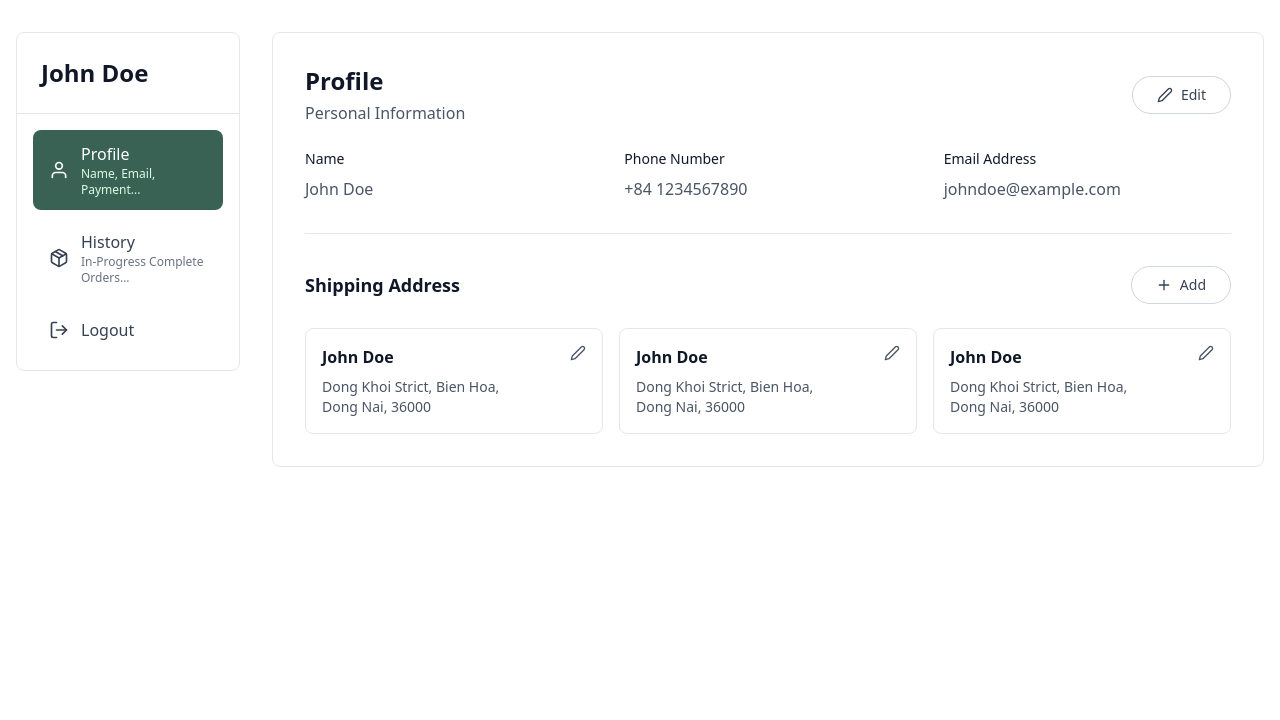
Repository: lyns184/FE-shoes_web
Page: /profile
These files come from the project's save history. The page is drawn as it stood at one moment and after a run of saves; the edit follows.
The browser window is 1280 px wide. The pictures show the whole page.
Pictures or frames that could not be fetched are drawn as grey boxes. The project was rebuilt for these pictures with package versions that can differ from the ones it lists, and the page was loaded fresh each time. Also part of the build but not shown: vite.config.ts, src/pages/Home/HeroCarousel.tsx, src/components/card/ProductCard.tsx, src/components/card/BrandCard.tsx, src/components/card/ReleaseCard.tsx, src/components/card/InfoCard.tsx, src/components/common/SectionHeader.tsx, src/pages/Home.tsx and 11 more.

Above is the page before, as saved 2026-01-01 23:08:48.

### index.html
<!doctype html>
<html lang="en">
  <head>
    <meta charset="UTF-8" />
    <link rel="icon" type="image/svg+xml" href="/vite.svg" />
    <meta name="viewport" content="width=device-width, initial-scale=1.0" />
    <title>shoes_web</title>
  </head>
  <body>
    <div id="root"></div>
    <script type="module" src="/src/main.tsx"></script>
  </body>
</html>

### src/index.css
@import "tailwindcss";

/* NProgress custom styling */
#nprogress .bar {
  background: #396254 !important;
  height: 3px !important;
}

#nprogress .peg {
  box-shadow: 0 0 10px #396254, 0 0 5px #396254 !important;
}

### src/App.tsx
import { useEffect } from 'react'
import { BrowserRouter, Routes, Route, useLocation } from 'react-router-dom'
import { routes } from './router'
import { CartProvider } from './hooks/useCart'
import NProgress from 'nprogress'
import 'nprogress/nprogress.css'
import './App.css'

// Configure NProgress
NProgress.configure({
  showSpinner: false,
  speed: 400,
  minimum: 0.2
});

function ScrollToTop() {
  const { pathname } = useLocation();

  useEffect(() => {
    // Start progress bar
    NProgress.start();

    // Scroll to top
    window.scrollTo(0, 0);

    // Complete progress bar after a short delay
    const timer = setTimeout(() => {
      NProgress.done();
    }, 300);

    return () => {
      clearTimeout(timer);
      NProgress.done();
    };
  }, [pathname]);

  return null;
}

function App() {
  return (
    <CartProvider>
      <BrowserRouter>
        <ScrollToTop />
        <Routes>
          {routes.map((route, index) => (
            <Route key={index} path={route.path} element={route.element} />
          ))}
        </Routes>
      </BrowserRouter>
    </CartProvider>
  )
}

export default App

### src/router/index.tsx
import type { RouteObject } from 'react-router-dom';
import Home from '../pages/Home';
import SignUp from '../pages/SignUp';
import ProductDetail from '../pages/ProductDetail';
import Cart from '../pages/Cart';
import Checkout from '../pages/Checkout';
import Search from '../pages/Search';
import Profile from '../pages/Profile';
import NotFound from '../pages/NotFound';

export const routes: RouteObject[] = [
  {
    path: '/',
    element: <Home />,
  },
  {
    path: '/login',
    element: <SignUp />,
  },
  {
    path: '/product/:id',
    element: <ProductDetail />,
  },
  {
    path: '/cart',
    element: <Cart />,
  },
  {
    path: '/checkout',
    element: <Checkout />,
  },
  {
    path: '/search',
    element: <Search />,
  },
  {
    path: '/profile',
    element: <Profile />,
  },
  {
    path: '*',
    element: <NotFound />,
  },
];

### src/hooks/useCart.tsx
import { createContext, useContext, useState, type ReactNode } from 'react';

export interface CartItem {
  id: number;
  name: string;
  description: string;
  size: string;
  quantity: number;
  price: number;
  imageUrl: string;
}

interface CartContextType {
  items: CartItem[];
  addToCart: (item: Omit<CartItem, 'quantity'>) => void;
  removeFromCart: (id: number, size: string) => void;
  updateQuantity: (id: number, size: string, change: number) => void;
  clearCart: () => void;
  totalItems: number;
  subtotal: number;
  buyNowItem: CartItem | null;
  setBuyNowItem: (item: CartItem | null) => void;
}

const CartContext = createContext<CartContextType | undefined>(undefined);

export function CartProvider({ children }: { children: ReactNode }) {
  const [items, setItems] = useState<CartItem[]>([]);
  const [buyNowItem, setBuyNowItem] = useState<CartItem | null>(null);

  const addToCart = (newItem: Omit<CartItem, 'quantity'>) => {
    setItems(prevItems => {
      // Check if item with same id and size already exists
      const existingIndex = prevItems.findIndex(
        item => item.id === newItem.id && item.size === newItem.size
      );

      if (existingIndex >= 0) {
        // Increase quantity
        const updated = [...prevItems];
        updated[existingIndex].quantity += 1;
        return updated;
      } else {
        // Add new item
        return [...prevItems, { ...newItem, quantity: 1 }];
      }
    });
  };

  const removeFromCart = (id: number, size: string) => {
    setItems(prevItems => prevItems.filter(item => !(item.id === id && item.size === size)));
  };

  const updateQuantity = (id: number, size: string, change: number) => {
    setItems(prevItems =>
      prevItems
        .map(item => {
          if (item.id === id && item.size === size) {
            const newQuantity = item.quantity + change;
            return { ...item, quantity: newQuantity };
          }
          return item;
        })
        .filter(item => item.quantity > 0)
    );
  };

  const clearCart = () => {
    setItems([]);
  };

  const totalItems = items.reduce((sum, item) => sum + item.quantity, 0);
  const subtotal = items.reduce((sum, item) => sum + item.price * item.quantity, 0);

  return (
    <CartContext.Provider
      value={{
        items,
        addToCart,
        removeFromCart,
        updateQuantity,
        clearCart,
        totalItems,
        subtotal,
        buyNowItem,
        setBuyNowItem,
      }}
    >
      {children}
    </CartContext.Provider>
  );
}

export function useCart() {
  const context = useContext(CartContext);
  if (!context) {
    throw new Error('useCart must be used within a CartProvider');
  }
  return context;
}

### src/pages/Profile/index.tsx
import { useState } from 'react';
import { FiUser, FiPackage, FiLogOut, FiSearch, FiEdit2, FiPlus } from 'react-icons/fi';
import { useNavigate } from 'react-router-dom';

interface Order {
  id: number;
  name: string;
  variant: string;
  image: string;
  date: string;
  price: string;
  status: 'Delivered' | 'Processing' | 'Cancelled';
}

export default function ProfilePage() {
  const navigate = useNavigate();
  const [activeMenu, setActiveMenu] = useState<'profile' | 'history'>('profile');
  const [searchQuery, setSearchQuery] = useState('');

  const orders: Order[] = [
    {
      id: 1,
      name: 'Jordan 1 Retro Low OG SP',
      variant: 'Travis Scott Velvet Brown',
      image: 'https://images.unsplash.com/photo-1542291026-7eec264c27ff?w=200&h=200&fit=crop',
      date: 'Oct 24, 2023',
      price: '$321.00',
      status: 'Delivered',
    },
    {
      id: 2,
      name: 'Jordan 1 Retro Low OG SP',
      variant: 'Travis Scott Velvet Brown',
      image: 'https://images.unsplash.com/photo-1542291026-7eec264c27ff?w=200&h=200&fit=crop',
      date: 'Oct 24, 2023',
      price: '$321.00',
      status: 'Processing',
    },
    {
      id: 3,
      name: 'Jordan 1 Retro Low OG SP',
      variant: 'Travis Scott Velvet Brown',
      image: 'https://images.unsplash.com/photo-1542291026-7eec264c27ff?w=200&h=200&fit=crop',
      date: 'Oct 24, 2023',
      price: '$321.00',
      status: 'Cancelled',
    },
  ];

  const getStatusStyles = (status: string) => {
    switch (status) {
      case 'Delivered':
        return 'text-green-700 bg-green-50';
      case 'Processing':
        return 'text-orange-700 bg-orange-50';
      case 'Cancelled':
        return 'text-red-700 bg-red-50';
      default:
        return 'text-gray-700 bg-gray-50';
    }
  };

  const filteredOrders = orders.filter(
    (order) =>
      order.name.toLowerCase().includes(searchQuery.toLowerCase()) ||
      order.variant.toLowerCase().includes(searchQuery.toLowerCase())
  );

  return (
    <div className="flex-1 max-w-7xl mx-auto w-full px-4 py-8">
      <div className="flex gap-8">
        {/* Sidebar */}
        <aside className="w-56 bg-white border border-gray-200 h-fit rounded-lg">
          <div className="p-6 border-b border-gray-200">
            <h2 className="text-2xl font-bold text-gray-900">John Doe</h2>
          </div>

          <nav className="p-4">
            <button
              onClick={() => setActiveMenu('profile')}
              className={`w-full flex items-center gap-3 px-4 py-3 text-left rounded-lg transition-colors ${
                activeMenu === 'profile'
                  ? 'bg-[#396254] text-white'
                  : 'text-gray-700 hover:bg-gray-50'
              }`}
            >
              <FiUser className="w-5 h-5 flex-shrink-0" />
              <div>
                <div className="font-medium">Profile</div>
                <div
                  className={`text-xs ${
                    activeMenu === 'profile' ? 'text-green-100' : 'text-gray-500'
                  }`}
                >
                  Name, Email, Payment...
                </div>
              </div>
            </button>

            <button
              onClick={() => setActiveMenu('history')}
              className={`w-full flex items-center gap-3 px-4 py-3 text-left rounded-lg transition-colors mt-2 ${
                activeMenu === 'history'
                  ? 'bg-[#396254] text-white'
                  : 'text-gray-700 hover:bg-gray-50'
              }`}
            >
              <FiPackage className="w-5 h-5 flex-shrink-0" />
              <div>
                <div className="font-medium">History</div>
                <div
                  className={`text-xs ${
                    activeMenu === 'history' ? 'text-green-100' : 'text-gray-500'
                  }`}
                >
                  In-Progress Complete Orders...
                </div>
              </div>
            </button>

            <button
              onClick={() => alert('Logging out...')}
              className="w-full flex items-center gap-3 px-4 py-3 text-left rounded-lg transition-colors mt-2 text-gray-700 hover:bg-gray-50"
            >
              <FiLogOut className="w-5 h-5 flex-shrink-0" />
              <div className="font-medium">Logout</div>
            </button>
          </nav>
        </aside>

        {/* Main Content */}
        <div className="flex-1 bg-white border border-gray-200 p-8 rounded-lg">
          {activeMenu === 'profile' && (
            <>
              <div className="flex items-center justify-between mb-6">
                <div>
                  <h1 className="text-2xl font-bold text-gray-900">Profile</h1>
                  <p className="text-gray-600 mt-1">Personal Information</p>
                </div>
                <button className="px-6 py-2 border border-gray-300 rounded-full text-sm font-medium text-gray-700 hover:bg-gray-50 transition-colors flex items-center gap-2">
                  <FiEdit2 className="w-4 h-4" />
                  Edit
                </button>
              </div>

              {/* Personal Information Grid */}
              <div className="grid grid-cols-3 gap-8 mb-8">
                <div>
                  <h3 className="text-sm font-medium text-gray-900 mb-2">Name</h3>
                  <p className="text-gray-600">John Doe</p>
                </div>
                <div>
                  <h3 className="text-sm font-medium text-gray-900 mb-2">Phone Number</h3>
                  <p className="text-gray-600">+84 1234567890</p>
                </div>
                <div>
                  <h3 className="text-sm font-medium text-gray-900 mb-2">Email Address</h3>
                  <p className="text-gray-600">johndoe@example.com</p>
                </div>
              </div>

              {/* Shipping Address */}
              <div className="border-t border-gray-200 pt-8">
                <div className="flex items-center justify-between mb-6">
                  <h2 className="text-lg font-bold text-gray-900">Shipping Address</h2>
                  <button className="px-6 py-2 border border-gray-300 rounded-full text-sm font-medium text-gray-700 hover:bg-gray-50 transition-colors flex items-center gap-2">
                    <FiPlus className="w-4 h-4" />
                    Add
                  </button>
                </div>

                <div className="grid grid-cols-3 gap-4">
                  {/* Address Card 1 */}
                  <div className="border border-gray-200 rounded-lg p-4 relative hover:shadow-md transition-shadow">
                    <button className="absolute top-4 right-4 text-sm text-gray-600 hover:text-gray-900 flex items-center gap-1">
                      <FiEdit2 className="w-4 h-4" />
                    </button>
                    <h3 className="font-bold text-gray-900 mb-2">John Doe</h3>
                    <p className="text-sm text-gray-600">
                      Dong Khoi Strict, Bien Hoa,
                      <br />
                      Dong Nai, 36000
                    </p>
                  </div>

                  {/* Address Card 2 */}
                  <div className="border border-gray-200 rounded-lg p-4 relative hover:shadow-md transition-shadow">
                    <button className="absolute top-4 right-4 text-sm text-gray-600 hover:text-gray-900 flex items-center gap-1">
                      <FiEdit2 className="w-4 h-4" />
                    </button>
                    <h3 className="font-bold text-gray-900 mb-2">John Doe</h3>
                    <p className="text-sm text-gray-600">
                      Dong Khoi Strict, Bien Hoa,
                      <br />
                      Dong Nai, 36000
                    </p>
                  </div>

                  {/* Address Card 3 */}
                  <div className="border border-gray-200 rounded-lg p-4 relative hover:shadow-md transition-shadow">
                    <button className="absolute top-4 right-4 text-sm text-gray-600 hover:text-gray-900 flex items-center gap-1">
                      <FiEdit2 className="w-4 h-4" />
                    </button>
                    <h3 className="font-bold text-gray-900 mb-2">John Doe</h3>
                    <p className="text-sm text-gray-600">
                      Dong Khoi Strict, Bien Hoa,
                      <br />
                      Dong Nai, 36000
                    </p>
                  </div>
                </div>
              </div>
            </>
          )}

          {activeMenu === 'history' && (
            <>
              <h1 className="text-2xl font-bold text-gray-900 mb-6">History</h1>

              {/* Search Bar */}
              <div className="relative mb-6">
                <FiSearch className="absolute left-3 top-1/2 -translate-y-1/2 w-5 h-5 text-gray-400" />
                <input
                  type="text"
                  placeholder="Search name, order, ..."
                  value={searchQuery}
                  onChange={(e) => setSearchQuery(e.target.value)}
                  className="w-full pl-10 pr-4 py-3 border border-gray-300 rounded-lg focus:outline-none focus:ring-2 focus:ring-[#396254]"
                />
              </div>

              {/* Orders Table */}
              <div className="border border-gray-200 rounded-lg overflow-hidden">
                <table className="w-full">
                  <thead className="bg-gray-50 border-b border-gray-200">
                    <tr>
                      <th className="text-left py-3 px-4 text-sm font-medium text-gray-700">
                        Item
                      </th>
                      <th className="text-left py-3 px-4 text-sm font-medium text-gray-700">
                        Date
                      </th>
                      <th className="text-left py-3 px-4 text-sm font-medium text-gray-700">
                        Price
                      </th>
                      <th className="text-left py-3 px-4 text-sm font-medium text-gray-700">
                        Status
                      </th>
                    </tr>
                  </thead>
                  <tbody>
                    {filteredOrders.map((order) => (
                      <tr key={order.id} className="border-b border-gray-200 last:border-b-0">
                        <td className="py-4 px-4">
                          <div className="flex items-center gap-4">
                            <div className="w-16 h-16 bg-gray-100 rounded-lg flex-shrink-0 overflow-hidden">
                              <img
                                src={order.image}
                                alt={order.name}
                                className="w-full h-full object-cover"
                              />
                            </div>
                            <div>
                              <h3 className="font-medium text-gray-900">{order.name}</h3>
                              <p className="text-sm text-gray-600">{order.variant}</p>
                            </div>
                          </div>
                        </td>
                        <td className="py-4 px-4 text-gray-700">{order.date}</td>
                        <td className="py-4 px-4 text-gray-700">{order.price}</td>
                        <td className="py-4 px-4">
                          <span
                            className={`inline-block px-3 py-1 rounded-full text-sm font-medium ${getStatusStyles(
                              order.status
                            )}`}
                          >
                            {order.status}
                          </span>
                        </td>
                      </tr>
                    ))}
                  </tbody>
                </table>
              </div>

              {/* Pagination */}
              <div className="mt-6 flex items-center justify-between text-sm text-gray-600">
                <p>Showing 1 to {filteredOrders.length} of {orders.length} entries</p>
                <div className="flex gap-2">
                  <button className="px-4 py-2 border border-gray-300 rounded-lg hover:bg-gray-50 transition-colors cursor-pointer">
                    Prev
                  </button>
                  <button className="px-4 py-2 border border-gray-300 rounded-lg hover:bg-gray-50 transition-colors cursor-pointer">
                    Next
                  </button>
                </div>
              </div>
            </>
          )}
        </div>
      </div>
    </div>
  );
}

### src/layouts/MainLayout.tsx
import Header from '../components/common/Header';
import Navigation from '../components/common/Navigation';
import Footer from '../components/common/Footer';

interface MainLayoutProps {
  children: React.ReactNode;
}

export default function MainLayout({ children }: MainLayoutProps) {
  return (
    <div className="min-h-screen bg-white">
      <Header />
      <Navigation />
      {children}
      <Footer />
    </div>
  );
}

### src/components/common/Navigation.tsx
import { useState } from 'react';

const navItems = ['Home', 'Brands', 'Trending', 'New', 'Deals'];

export default function ShopNavigation() {
  const [activeItem, setActiveItem] = useState('Home');

  return (
    <nav className="sticky top-18 z-40 bg-[#396254] text-white shadow-md">
      <div className="container mx-auto px-4">
        <div className="flex items-center justify-around py-3">
          {navItems.map((item) => (
            <button
              key={item}
              onClick={() => setActiveItem(item)}
              className={`text-base uppercase transition-colors relative pb-1 cursor-pointer ${
                activeItem === item
                  ? 'font-bold after:absolute after:bottom-0 after:left-0 after:right-0 after:h-0.5 after:bg-white'
                  : 'font-semibold hover:text-teal-100'
              }`}
            >
              {item}
            </button>
          ))}
        </div>
      </div>
    </nav>
  );
}

### src/components/common/Footer.tsx
import { FiFacebook, FiInstagram, FiYoutube } from 'react-icons/fi';

export default function ShopFooter() {
  return (
    <footer className="bg-[#396254] text-white py-8">
      <div className="container mx-auto px-4">
        <div className="flex items-center justify-between">
          {/* Logo */}
          <div className="flex items-center gap-2">
            <img src="/logo.png" alt="Logo" className="h-8 brightness-0 invert" />
          </div>

          {/* Social Icons */}
          <div className="flex items-center gap-4">
            <button className="p-2 hover:bg-white/10 rounded-full cursor-pointer">
              <FiFacebook className="h-5 w-5" />
            </button>
            <button className="p-2 hover:bg-white/10 rounded-full cursor-pointer">
              <FiInstagram className="h-5 w-5" />
            </button>
            <button className="p-2 hover:bg-white/10 rounded-full cursor-pointer">
              <FiYoutube className="h-5 w-5" />
            </button>
          </div>

          {/* Links */}
          <div className="flex items-center gap-6 text-sm">
            <a href="#" className="hover:underline">Terms</a>
            <a href="#" className="hover:underline">Privacy</a>
          </div>
        </div>
      </div>
    </footer>
  );
}

Loaded but not shown: src/main.tsx (common file); src/components/common/Header.tsx (157 lines, source omitted); src/data/products.ts (169 lines, source omitted)

After the next 4 saves:
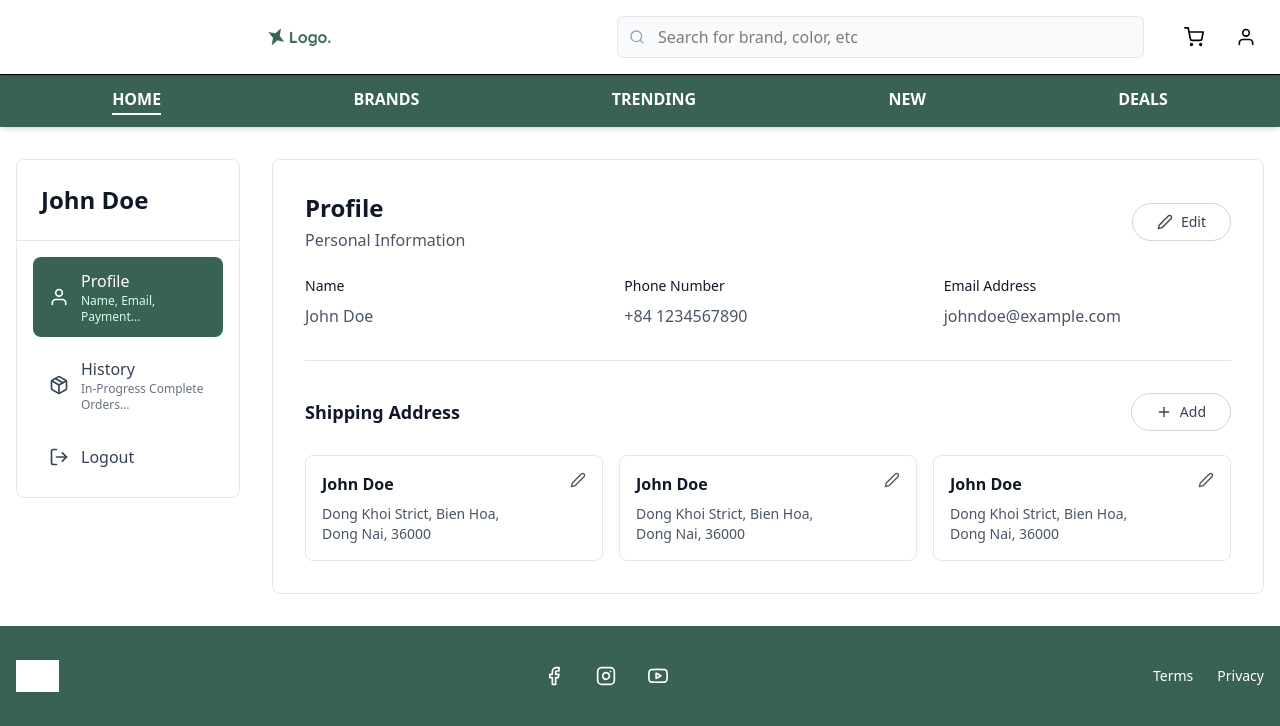
The 4 saves are shown as one change because 1 did not build or start and some came seconds apart.
The last was saved 2 min 8 s later.
--- a/src/pages/Profile/index.tsx
+++ b/src/pages/Profile/index.tsx
@@ -1,6 +1,7 @@
 import { useState } from 'react';
 import { FiUser, FiPackage, FiLogOut, FiSearch, FiEdit2, FiPlus } from 'react-icons/fi';
 import { useNavigate } from 'react-router-dom';
+import MainLayout from '../../layouts/MainLayout';
 
 interface Order {
   id: number;
@@ -67,7 +68,8 @@ export default function ProfilePage() {
   );
 
   return (
-    <div className="flex-1 max-w-7xl mx-auto w-full px-4 py-8">
+    <MainLayout>
+      <div className="flex-1 max-w-7xl mx-auto w-full px-4 py-8">
       <div className="flex gap-8">
         {/* Sidebar */}
         <aside className="w-56 bg-white border border-gray-200 h-fit rounded-lg">
@@ -299,6 +301,7 @@ export default function ProfilePage() {
           )}
         </div>
       </div>
-    </div>
+      </div>
+    </MainLayout>
   );
 }
